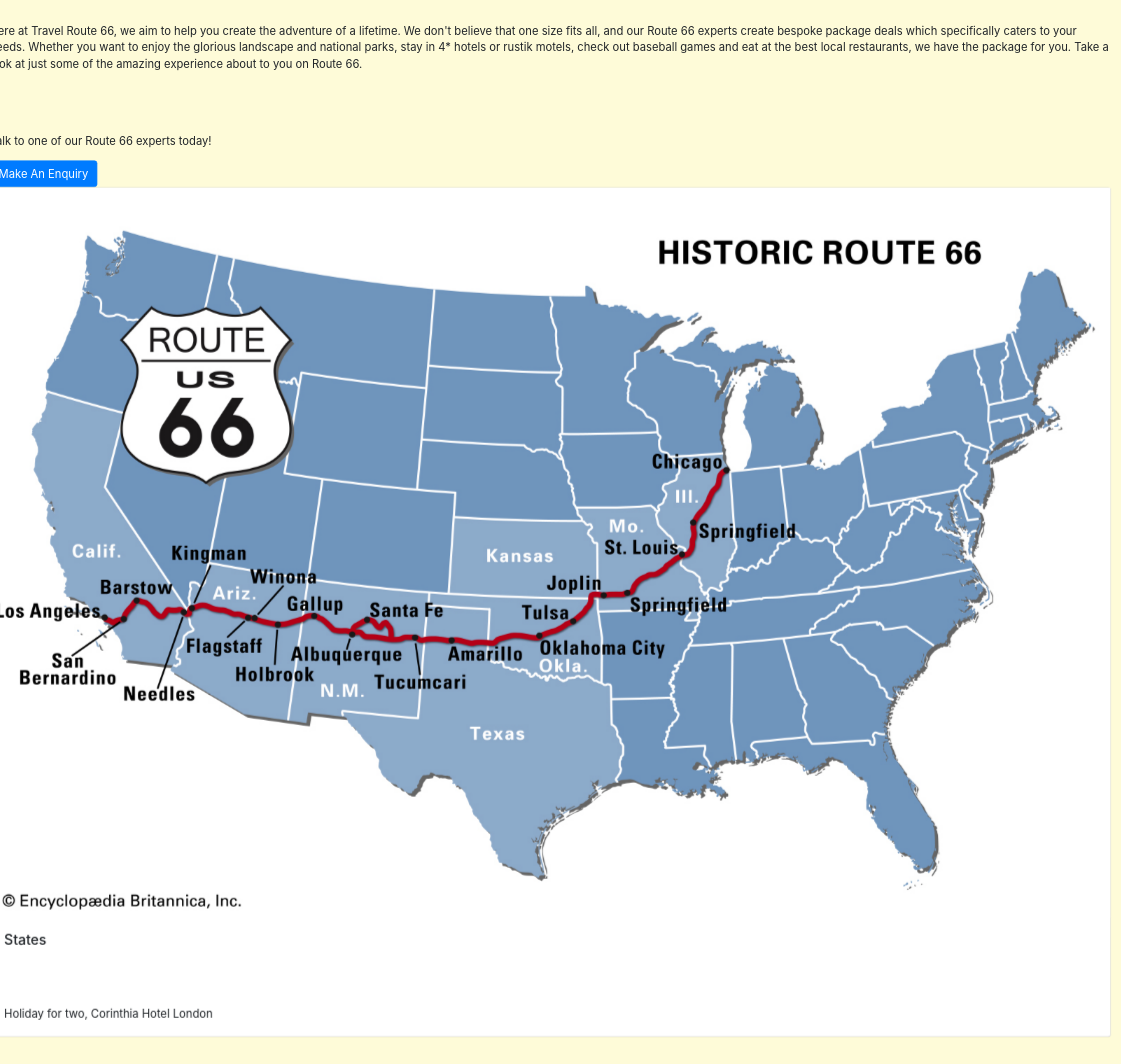
Repository: Leannald13/second-milestone-project
Page: index.html
The author's editor kept a record of every edit. The page is drawn from the files as they stood at one moment, then again after the next edit.
The browser window is 1280 px wide. The page is 1602 px wide, then 1600 px, so the pictures cover 1602 px, including what lies to the right of the window. The pictures show the part of the page from y = 1455 to 2975 px (the page is 2975 px tall before and 2973 px after), at 70% of full size.
Some web fonts or font styles are not loaded; a fallback is used. Some web libraries are served in a nearby version.

Above is the page before.

### index.html
<!DOCTYPE html>
<html lang="en">
<head>
    <meta charset="UTF-8">
    <meta name="viewport" content="width=device-width, initial-scale=1.0">
    <meta http-equiv="X-UA-Compatible" content="ie=edge">
    <link rel="stylesheet" href="https://stackpath.bootstrapcdn.com/bootstrap/4.3.1/css/bootstrap.min.css" type="text/css" />
    <link rel="stylesheet" href="https://cdnjs.cloudflare.com/ajax/libs/hover.css/2.3.1/css/hover-min.css" type="text/css" />
    <link rel="stylesheet" href="https://stackpath.bootstrapcdn.com/font-awesome/4.7.0/css/font-awesome.min.css" type="text/css" />
    <link href="https://fonts.googleapis.com/css?family=Mukta+Vaani&display=swap" rel="stylesheet">
    <link rel="stylesheet" href="css/style.css" type="text/css" />
    <title>Route 66 Planner</title>
</head>
<body>
     <header>

                                                            <!-- navbar-->

         <nav class="navbar navbar-expand-lg navbar-light">
  <button class="navbar-toggler" type="button" data-toggle="collapse" data-target="#navbarNav" aria-controls="navbarNav" aria-expanded="false" aria-label="Toggle navigation">
    <span class="navbar-toggler-icon"></span>
  </button>
  <div class="collapse navbar-collapse" id="navbarNav">
    <ul class="navbar-nav">
      <li class="nav-item active">
        <a class="nav-link" href="#"><span>Home</span></a>
      </li>
      <li class="nav-item">
        <a class="nav-link" href="#"><span>Plan your trip!</span></a>
      </li>
      <li class="nav-item">
        <a class="nav-link" href="#"><span>Contact Us</span></a>
      </li>
    </ul>
  </div>
</nav>
</header>
  <div class="container-fluid">
            <div class="row">
                <img src="assets/images/main.jpg" alt="route66" class="mainimage">
            </div>
        </div>

<div class="container-fluid">
            <div class="row">
                <h4><img src="assets/images/symbol.jpg" alt="route66" class="symbol">Travel Route 66... because the journey matters...</h4>
                <div class="span4 outset"><i class="fa fa-phone"></i> Call us: 001 212 1663 <a class="btn btn-primary" href="contact.html" role="button">Contact</a></div>
            </div>
        </div>

                                                        <!-- main body of home page-->

  <div class="row article">
  <div class="span9 outset" id="article-content">

  <img src="assets/images/grandcanyon.jpg" alt="route66" class="canyon">

  <p>The imfamous Route 66 spanning for over 2400 miles, still captivates people from all over the world! An incredible road trip from Chicago Illinois and ending in Santa Monica, California, taking you through eight amazing states, three time zones and mesmerising national parks such as the Grand Canyon and Petrified Forest National Park. Start planning the journey of a lifetime, today!</p>

   <img src="assets/images/motel.jpg" alt="route66" class="motel">
   <p class="enquiry">Here at Travel Route 66, we aim to help you create the adventure of a lifetime. We don't believe that one size fits all, and our Route 66 experts create bespoke package deals which specifically caters to your needs. Whether you want to enjoy the glorious landscape and national parks, stay in 4* hotels or rustik motels,
   check out baseball games and eat at the best local restaurants, we have the package for you. Take a look at just some of the amazing experience about to you on Route 66. </p>

   <div class="span6 outset">
     <p>Talk to one of our Route 66 experts today!</p>
   <a class="btn btn-primary" href="contact.html" role="button" class="enquiry-button">Make An Enquiry</a>
    </div>

     <div class="row">

      <div id="row-of-labels" class="col-lg-2 col-md-3 col-sm-4 col-xs-6">

        <div class="card hvr-float">

          <img src="assets/images/map.jpg" src=map.jpg" alt="route66" class="map">

          <div class="card-body">

            <h5 class="card-title">States</h5>

            <p class="card-text">Holiday for two, Corinthia Hotel London</p>

          </div>

        </div>

      </div>

   <div class="span3 outset" <img src="assets/images/attractions.jpg" alt="route66" class="attractions">>
      <h2>Attractions</h2>
       </div>

   <div>National Parks</div>

   <div>Dining</div>

   </div>
   </div>

<script src="https://code.jquery.com/jquery-3.2.1.slim.min.js" integrity="sha384-KJ3o2DKtIkvYIK3UENzmM7KCkRr/rE9/Qpg6aAZGJwFDMVNA/GpGFF93hXpG5KkN" crossorigin="anonymous"></script>
<script src="https://cdnjs.cloudflare.com/ajax/libs/popper.js/1.12.9/umd/popper.min.js" integrity="sha384-ApNbgh9B+Y1QKtv3Rn7W3mgPxhU9K/ScQsAP7hUibX39j7fakFPskvXusvfa0b4Q" crossorigin="anonymous"></script>
<script src="https://maxcdn.bootstrapcdn.com/bootstrap/4.0.0/js/bootstrap.min.js" integrity="sha384-JZR6Spejh4U02d8jOt6vLEHfe/JQGiRRSQQxSfFWpi1MquVdAyjUar5+76PVCmYl" crossorigin="anonymous"></script>
</body>
</html>

### css/style.css
.mainimage {
    width: 100%;
    height: 400px;
}

body {
    background-color: #fefbd8;
}

.navbar {
    margin: 0;
    border: 0;
    background-color: #b2b2b2;
    color: #d1d8e3;
    position: fixed;
    z-index: 10;
    width: 100%;

}

h4 {
    color: #484f4f;
    font-family: 'Neucha', cursive;
    font-size: 40px;
}

.canyon {
    float: left;
    width: 400px;
    height: 400px;
    padding-top: 40px;
    padding-left: 100px;
}

p {
    padding-top: 70px;
}

After the next edit:
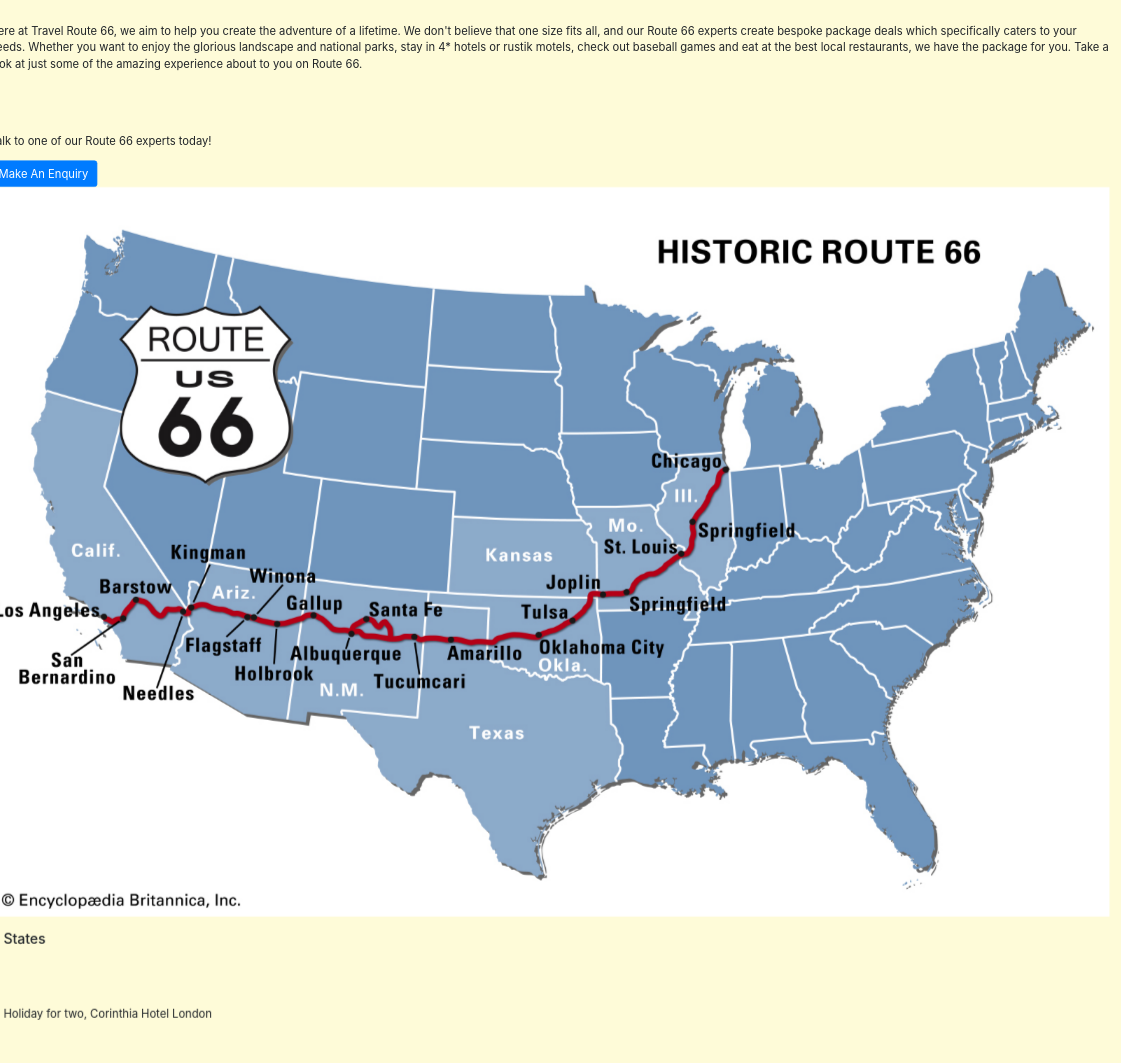
The edit:
--- a/index.html
+++ b/index.html
@@ -70,7 +70,7 @@
 
       <div id="row-of-labels" class="col-lg-2 col-md-3 col-sm-4 col-xs-6">
 
-        <div class="card hvr-float">
+        <div class="label hvr-float">
 
           <img src="assets/images/map.jpg" src=map.jpg" alt="route66" class="map">
 
